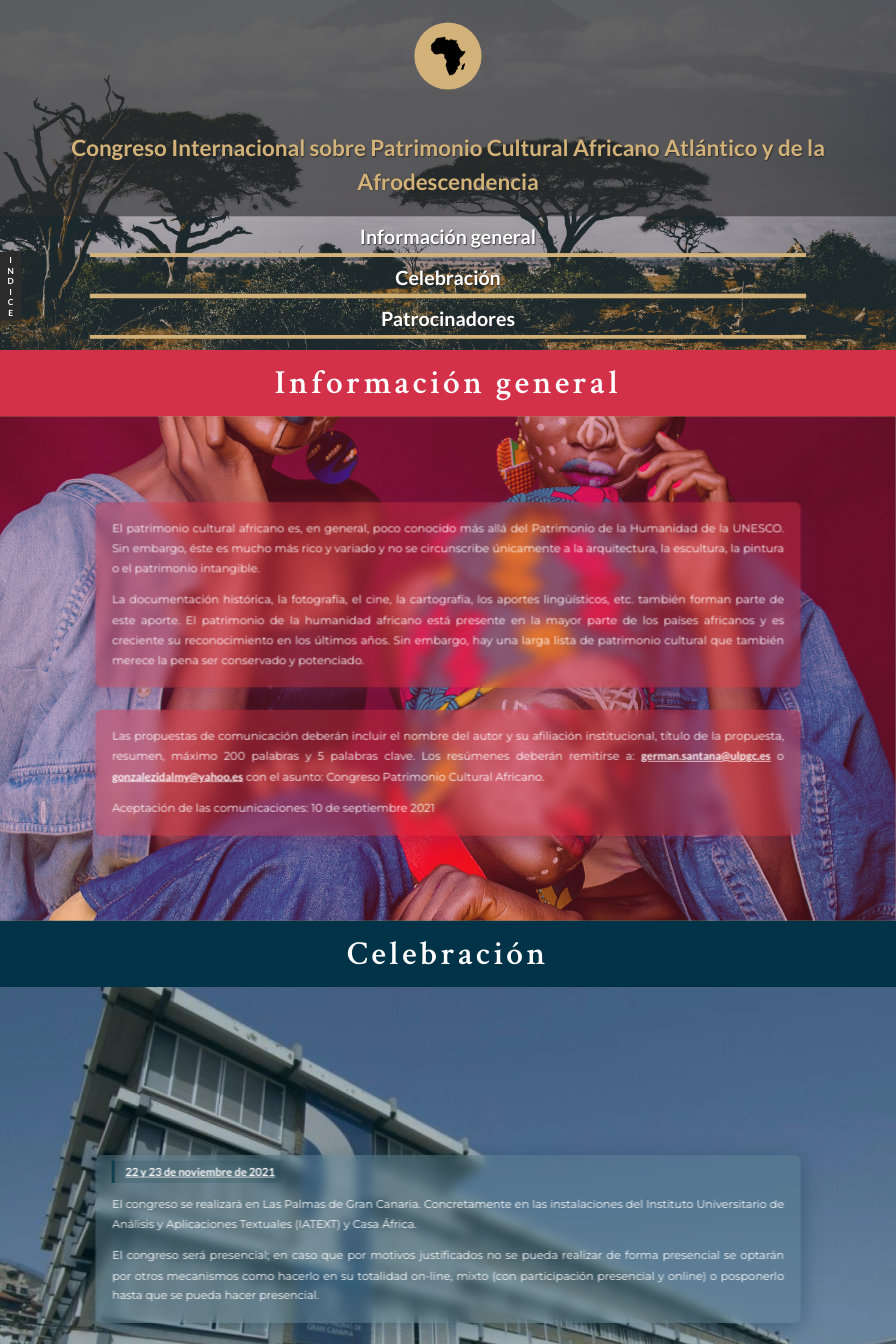
Repository: Letram/congresoafrica
Page: index.html
An editor plug-in stored every save of this project. The page is shown before and after the next save, followed by the edit.
The browser window is 1280 px wide. The pictures show the part of the page from y = 0 to 1920 px (the page is 2945 px tall), at 70% of full size.
Backgrounds fixed to the window are drawn as part of the page. Some web libraries are served in a nearby version. The style sheet was rebuilt from its Sass, Less or Tailwind sources for each picture, by a compiler version that may differ from the author's.

Above is the page before, as saved 2021-04-30 12:59:36.

### index.html
<!DOCTYPE html>
<html lang="en">
  <head>
    <meta charset="UTF-8" />
    <meta name="viewport" content="width=device-width, initial-scale=1.0" />
    <title>
      CONGRESO INTERNACIONAL SOBRE PATRIMONIO CULTURAL AFRICANO ATLÁNTICO Y DE
      LA AFRODESCENDENCIA
    </title>
    <link rel="stylesheet" href="styles/simple-grid.min.css" />
    <link rel="stylesheet" href="styles/styles.css" />
    <link
      rel="shortcut icon"
      href="resources/pictures/favicon.png"
      type="image/x-icon"
    />
  </head>
  <body>
    <header id="header">
      <section class="head">
        <div class="logo">
          <img src="resources\pictures\africa-icon-9.jpg" alt="" />
        </div>
        <h2 class="title">
          Congreso Internacional sobre Patrimonio Cultural Africano Atlántico y
          de la Afrodescendencia
        </h2>
      </section>
      <nav class="navigation">
        <a href="#s1"><p>Información general</p></a>
        <a href="#s2"><p>Celebración</p></a>
        <a href="#s3"><p>Patrocinadores</p></a>
      </nav>
    </header>
    <article>
      <h1 id="s1" class="title t1">Información general</h1>
      <section class="section sec-1">
        <div class="card">
          <div class="content">
            <p>
              El patrimonio cultural africano es, en general, poco conocido más
              allá del Patrimonio de la Humanidad de la UNESCO. Sin embargo,
              éste es mucho más rico y variado y no se circunscribe únicamente a
              la arquitectura, la escultura, la pintura o el patrimonio
              intangible.
            </p>
            <p>
              La documentación histórica, la fotografía, el cine, la
              cartografía, los aportes lingüísticos, etc. también forman parte
              de este aporte. El patrimonio de la humanidad africano está
              presente en la mayor parte de los países africanos y es creciente
              su reconocimiento en los últimos años. Sin embargo, hay una larga
              lista de patrimonio cultural que también merece la pena ser
              conservado y potenciado.
            </p>
          </div>
        </div>
        <div class="card">
          <div class="content">
            <p>
              Las propuestas de comunicación deberán incluir el nombre del autor
              y su afiliación institucional, título de la propuesta, resumen,
              máximo 200 palabras y 5 palabras clave. Los resúmenes deberán
              remitirse a: <span>german.santana@ulpgc.es</span> o
              <span>gonzalezidalmy@yahoo.es</span> con el asunto: Congreso
              Patrimonio Cultural Africano.
            </p>
            <p>Aceptación de las comunicaciones: 10 de septiembre 2021</p>
          </div>
        </div>
      </section>
      <h1 id="s2" class="title t2">Celebración</h1>
      <section class="section sec-2">
        <div class="card">
          <div class="content">
            <span class="fecha">22 y 23 de noviembre de 2021</span>
            <p>
              El congreso se realizará en Las Palmas de Gran Canaria.
              Concretamente en las instalaciones del Instituto Universitario de
              Análisis y Aplicaciones Textuales (IATEXT) y Casa África.
            </p>
            <p>
              El congreso será presencial; en caso que por motivos justificados
              no se pueda realizar de forma presencial se optarán por otros
              mecanismos como hacerlo en su totalidad on-line, mixto (con
              participación presencial y online) o posponerlo hasta que se pueda
              hacer presencial.
            </p>
          </div>
        </div>
      </section>
      <h1 id="s3" class="title t3">Patrocinadores y colaboradores</h1>
      <section class="section sec-3">
        <div class="card">
          <div class="content">
            <div class="foundation">
              <div class="founders">
                <div class="founder founder1">
                  <p>Fundación Caja Canarias</p>
                  <img
                    src="./resources/pictures/fundacion_cajacanarias_logo_round.png"
                    alt="logo fundación Caja Canarias"
                  />
                </div>
                <div class="founder founder2">
                  <p>Fundación La Caixa</p>
                  <img
                    src="./resources/pictures/fundacion_la_caixa_logo_round.png"
                    alt="logo fundación La Caixa"
                  />
                </div>
                <p class="text">
                  A través del proyecto "Localización y puesta en valor del
                  patrimonio africano en Canarias"
                </p>
              </div>
              <div class="founder">
                <p><i>(Colabora)</i> Casa Africa</p>
                <img
                  src="./resources/pictures/casa_africa_logo_round.png"
                  alt="logo Casa África"
                />
              </div>
              <div class="founder">
                <p>IATEXT</p>
                <img
                  src="./resources/pictures/submarcas_iatext_redes_copia-2.png"
                  alt="logo IATEXT"
                />
              </div>
            </div>
          </div>
        </div>
      </section>
    </article>

    <div class="index">
      <p id="indexToggle" onclick="toggleIndexes()" class="title">indice</p>
      <div id="indexes" class="indexes clipped">
        <a onclick="toggleIndexes()" href="#s1"><p>Información general</p></a>
        <a onclick="toggleIndexes()" href="#s2"><p>Celebración</p></a>
        <a onclick="toggleIndexes()" href="#s3"><p>Patrocinadores</p></a>
      </div>
    </div>

    <script
      src="https://cdnjs.cloudflare.com/ajax/libs/gsap/3.6.0/gsap.min.js"
      integrity="sha512-1dalHDkG9EtcOmCnoCjiwQ/HEB5SDNqw8d4G2MKoNwjiwMNeBAkudsBCmSlMnXdsH8Bm0mOd3tl/6nL5y0bMaQ=="
      crossorigin="anonymous"
    ></script>
    <script
      src="https://cdnjs.cloudflare.com/ajax/libs/gsap/3.6.0/EasePack.min.js"
      integrity="sha512-BtkmHcburTSPPhy5MastdmQoE2nLn+jCeZf73RXXd7dk6z6Z7FXIjVeVfBPHpnha0KYKSaNyBZLVvBNejz+5wg=="
      crossorigin="anonymous"
    ></script>
    <script
      src="https://cdnjs.cloudflare.com/ajax/libs/gsap/3.6.0/CSSRulePlugin.min.js"
      integrity="sha512-9F1xsW3TBG87UnyGcF1SrXph249h/eUKPRKJZVhXxW+OeDmCiBvU9/gLfOo5qEvGTjTxOr6YQrY4ImjL90IUyw=="
      crossorigin="anonymous"
    ></script>
    <script src="scripts/scripts.js"></script>
  </body>
</html>

### styles/simple-grid.min.css
@import url(https://fonts.googleapis.com/css?family=Lato:400,300,300italic,400italic,700,700italic);
body,
html {
  height: 100%;
  width: 100%;
  margin: 0;
  padding: 0;
  left: 0;
  top: 0;
  font-size: 100%;
}
.center,
.container {
  margin-left: auto;
  margin-right: auto;
}
* {
  font-family: Lato, Helvetica, sans-serif;
  color: #333447;
  line-height: 1.5;
}
h1 {
  font-size: 2.5rem;
}
h2 {
  font-size: 2rem;
}
h3 {
  font-size: 1.375rem;
}
h4 {
  font-size: 1.125rem;
}
h5 {
  font-size: 1rem;
}
h6 {
  font-size: 0.875rem;
}
p {
  font-size: 1.125rem;
  font-weight: 200;
  line-height: 1.8;
}
.font-light {
  font-weight: 300;
}
.font-regular {
  font-weight: 400;
}
.font-heavy {
  font-weight: 700;
}
.left {
  text-align: left;
}
.right {
  text-align: right;
}
.center {
  text-align: center;
}
.justify {
  text-align: justify;
}
.container {
  width: 90%;
}
.row {
  position: relative;
  width: 100%;
}
.row [class^="col"] {
  float: left;
  margin: 0.5rem 2%;
  min-height: 0.125rem;
}
.col-1,
.col-10,
.col-11,
.col-12,
.col-2,
.col-3,
.col-4,
.col-5,
.col-6,
.col-7,
.col-8,
.col-9 {
  width: 96%;
}
.col-1-sm {
  width: 4.33%;
}
.col-2-sm {
  width: 12.66%;
}
.col-3-sm {
  width: 21%;
}
.col-4-sm {
  width: 29.33%;
}
.col-5-sm {
  width: 37.66%;
}
.col-6-sm {
  width: 46%;
}
.col-7-sm {
  width: 54.33%;
}
.col-8-sm {
  width: 62.66%;
}
.col-9-sm {
  width: 71%;
}
.col-10-sm {
  width: 79.33%;
}
.col-11-sm {
  width: 87.66%;
}
.col-12-sm {
  width: 96%;
}
.row::after {
  content: "";
  display: table;
  clear: both;
}
.hidden-sm {
  display: none;
}
@media only screen and (min-width: 33.75em) {
  .container {
    width: 80%;
  }
}
@media only screen and (min-width: 45em) {
  .col-1 {
    width: 4.33%;
  }
  .col-2 {
    width: 12.66%;
  }
  .col-3 {
    width: 21%;
  }
  .col-4 {
    width: 29.33%;
  }
  .col-5 {
    width: 37.66%;
  }
  .col-6 {
    width: 46%;
  }
  .col-7 {
    width: 54.33%;
  }
  .col-8 {
    width: 62.66%;
  }
  .col-9 {
    width: 71%;
  }
  .col-10 {
    width: 79.33%;
  }
  .col-11 {
    width: 87.66%;
  }
  .col-12 {
    width: 96%;
  }
  .hidden-sm {
    display: block;
  }
}
@media only screen and (min-width: 60em) {
  .container {
    width: 75%;
    max-width: 60rem;
  }
}

### scripts/scripts.js
function toggleIndexes() {
  indexes = document.getElementById("indexes");
  indexes.classList.toggle("clipped");
}

### styles/styles.scss
$brown: rgb(210, 178, 120);
$orange: rgb(213, 108, 51);
$blue: #003348;
$blue-light: #5a8192;
$green: rgb(119, 146, 95);
$purple: rgb(119, 38, 94);
$pink: rgb(211, 49, 73);
$light: #b5d9bd;
$black: rgb(43, 43, 43);

@import url("https://fonts.googleapis.com/css2?family=Crimson+Text:wght@600");
@import url("https://fonts.googleapis.com/css2?family=Montserrat:wght@400;500");
* {
  all: default;
}
html {
  scroll-behavior: smooth;
}
body {
  background: #d2b278;
}

/* The sticky class is added to the navbar with JS when it reaches its scroll position */
.sticky {
  position: sticky;
  top: 0;
  z-index: 99;
}

header {
  background: url("../resources/pictures/pexels-oleg-magni-861339.jpg")
    rgba(43, 43, 43, 0.3);
  background-blend-mode: color;
  background-position: 0% 50%;
  background-size: cover;
  background-repeat: no-repeat;
  .head {
    display: flex;
    justify-content: center;
    align-items: center;
    .logo {
      position: relative;
      background-color: $brown;
      border-radius: 50%;
      display: flex;
      justify-content: center;
      align-items: center;
      width: 6rem;
      height: 6rem;
      margin: 2rem;
      img {
        width: 10rem;
        height: auto;
        object-fit: contain;
      }
    }
    .title {
      position: relative;
      color: $brown;
      text-shadow: 1px 1px 2px $black;
    }
    position: relative;
    &:before {
      content: "";
      position: absolute;
      top: 0;
      bottom: 0;
      left: 0;
      right: 0;
      background-color: rgba($color: $black, $alpha: 0.6);
    }
  }
  .navigation {
    display: flex;
    justify-content: space-between;
    align-items: center;
    width: 70%;
    margin: auto;
    padding-bottom: 1rem;
    a {
      position: relative;
      text-decoration: none;
      color: $brown;
      font-size: 2rem;
      overflow: hidden;
      &::before {
        content: "";
        width: 100%;
        height: 100%;
        position: absolute;
        bottom: 0;
        left: 0;
        right: 0;
        background: linear-gradient(
          $brown 12%,
          rgba($color: $brown, $alpha: 0.3) 12%
        );
        transform: translateY(90%);
        transition: all ease-in 0.15s;
      }
      &:hover {
        &::before {
          transform: translateY(0);
        }
      }
      p {
        margin: 0;
        padding: 0.25rem 4rem;
        text-decoration: none;
        color: white;
        font-size: 1.75rem;
        font-weight: bold;
        position: relative;
        transition: all ease-in 0.15s;
        text-shadow: 1px 1px 2px $black;
      }
    }
  }
}

article {
  display: flex;
  flex-direction: column;
  h1.title {
    width: 100%;
    margin: auto;
    padding: 2rem 0;
    text-align: center;
    background-color: $orange;
    color: white;
    font-family: "Crimson Text", serif;
    font-size: 3rem;
    line-height: normal;
    letter-spacing: 0.3rem;
    &.t1 {
      background-color: $pink;
    }
    &.t2 {
      background-color: $blue;
    }
    &.t3 {
      background-color: $brown;
    }
  }
}

.section {
  width: 100%;
  min-height: 100vh;
  background-attachment: fixed;
  background-position: center;
  background-repeat: no-repeat;
  position: relative;
  // display: flex;
  // justify-content: center;
  // align-items: center;
  display: grid;
  place-content: center;
  &.sec-1 {
    background-image: url("../resources/pictures/pexels-bestbe-models-2170387.jpg");
    background-size: cover;
    &::before {
      content: "";
      position: absolute;
      top: 0;
      bottom: 0;
      left: 0;
      right: 0;
      background: rgba($color: $pink, $alpha: 0.3);
      background-size: cover;
    }
    .card {
      background-color: rgba($color: $pink, $alpha: 0.45);
      box-shadow: 0 8px 32px 0 rgba($color: $purple, $alpha: 0.4);
      margin: 3rem 0;
      .content {
        color: white;
      }
    }
  }
  &.sec-2 {
    background-image: url("../resources/pictures/1568293830_982907_1568294091_noticia_normal_recorte1.jpg");
    background-size: cover;
    &::before {
      content: "";
      position: absolute;
      top: 0;
      bottom: 0;
      left: 0;
      right: 0;
      background: rgba($color: $blue, $alpha: 0.3);
      background-size: cover;
    }
    .card {
      background-color: rgba($color: $blue-light, $alpha: 0.45);
      box-shadow: 0 8px 32px 0 rgba($color: $blue, $alpha: 0.4);
      .content {
        color: white;
        .fecha {
          display: flex;
          align-items: center;
          width: fit-content;
          height: 2rem;
          color: white;
          background-color: rgba($color: #003348, $alpha: 0.15);
          padding: 0 0.5rem 0 0;
          &::before {
            content: "";
            height: inherit;
            border-right: 3px solid #003348;
            margin-right: 1rem;
          }
        }
      }
    }
  }
  &.sec-3 {
    background-image: url("../resources/pictures/pexels-cottonbro-6334763.jpg");
    background-size: cover;
    &::before {
      content: "";
      position: absolute;
      top: 0;
      bottom: 0;
      left: 0;
      right: 0;
      background: rgba($color: $orange, $alpha: 0.3);
      background-size: cover;
    }
    .card {
      background-color: rgba($color: $brown, $alpha: 0.45);
      box-shadow: 0 8px 32px 0 rgba($color: $orange, $alpha: 0.4);
      .content {
        color: white;
        .foundation {
          display: grid;
          grid-template-columns: 2fr 1fr 1fr;
          gap: 1rem;
          .founders {
            display: grid;
            gap: 1rem;
            grid-template-areas:
              "founder1 founder2"
              "text         text";

            .founder1 {
              grid-area: founder1;
            }
            .founder2 {
              grid-area: founder2;
            }
            .text {
              grid-area: text;
              font-size: 1rem;
              text-align: center;
              position: relative;
              &::before{
                content: "";
                position: absolute;
                top: -5%;
                width: 100%;
                border-top: 3px solid #d2b278;
              }
            }
            .founder1,
            .founder2 {
              p {
                text-align: center;
                font-size: 1rem;
              }
              img {
                display: block;
                object-fit: contain;
                width: 70%;
                height: auto;
                margin: 0 auto;
              }
            }
          }
          .founder {
            p {
              text-align: center;
              font-size: 1rem;
            }
            img {
              display: block;
              object-fit: contain;
              width: 70%;
              height: auto;
              margin: 0 auto;
              border-radius: 50%;
              background-color: white;
            }
          }
        }
      }
    }
  }
  .card {
    width: 60%;
    padding: 3rem 5rem;
    margin: 0 auto;
    background-color: rgba($color: white, $alpha: 0.4);
    background-clip: padding-box;
    backdrop-filter: blur(8px);
    border-radius: 10px;
    box-shadow: 0 8px 32px 0 rgba(31, 38, 135, 0.37);
    position: relative;
    .title {
      font-size: 3rem;
      position: relative;
      &:after {
        content: "";
        width: 100%;
        height: 0.35rem;
        background: $black;
        position: absolute;
        bottom: 0;
        left: 0;
      }
    }
    .content {
      p {
        font-size: 1.75rem;
        color: white;
        text-align: justify;
        font-family: "Montserrat", sans-serif;
        font-weight: 400;
      }
      span{
        color:white;
        font-weight: bold;
        text-decoration: underline;
      }
    }
  }
}
.index {
  position: fixed;
  top: 50%;
  left: 0;
  padding: 0;
  margin: 0;
  background: transparent;
  display: flex;
  //clip-path: circle(100% at 0 50%);
  //transition: clip-path ease-in 0.5s;
  .title {
    margin: 0;
    padding: 1rem;
    color: white;
    background: $black;
    text-transform: uppercase;
    writing-mode: vertical-rl;
    text-orientation: upright;
    cursor: pointer;
  }
  .indexes {
    border-left: 1px solid white;
    display: flex;
    flex-direction: column;
    justify-content: space-around;
    clip-path: circle(150% at 0 50%);
    background: $black;
    transition: all 0.5s ease-in-out;
    padding-left: 0.25rem;
    a {
      text-decoration: none;
      p {
        color: white;
        padding-right: 0.5rem;
        margin: 0;
        position: relative;
        overflow: hidden;
        &:after {
          content: "";
          width: 100%;
          height: 2px;
          background: white;
          position: absolute;
          bottom: 0;
          left: 0;
          transform: translateX(-100%);
          transition: all 0.25s ease-in;
        }
        &:hover {
          &:after {
            transform: translateX(0);
          }
        }
      }
    }
  }
}

.clipped {
  clip-path: circle(0% at 0 50%) !important;
}

@media (max-width: 1396px) {
  header {
    .head {
      flex-direction: column;
      .title {
        padding: 0 0.25rem !important;
        text-align: center;
      }
    }
    background-position: 0%;
    .navigation {
      width: 80%;
      flex-direction: column;
      a {
        width: 100%;
        p {
          text-align: center;
          padding: 0.25rem 0.25rem;
        }
      }
    }
  }
  article {
    .title {
      font-size: 1.5rem;
      padding: 1rem 0 !important;
    }
  }
  .section {
    .card {
      margin: 1rem auto !important;
      padding: 0.5rem 1.5rem !important;
      width: 75% !important;
      .content {
        p {
          font-size: 1rem !important;
          color: white;
        }
      }
    }
  }
  .index {
    .title {
      padding: 0.25rem;
      font-size: 0.75rem;
      font-weight: bold;
    }
    .indexes {
    }
  }
}

After the next save:
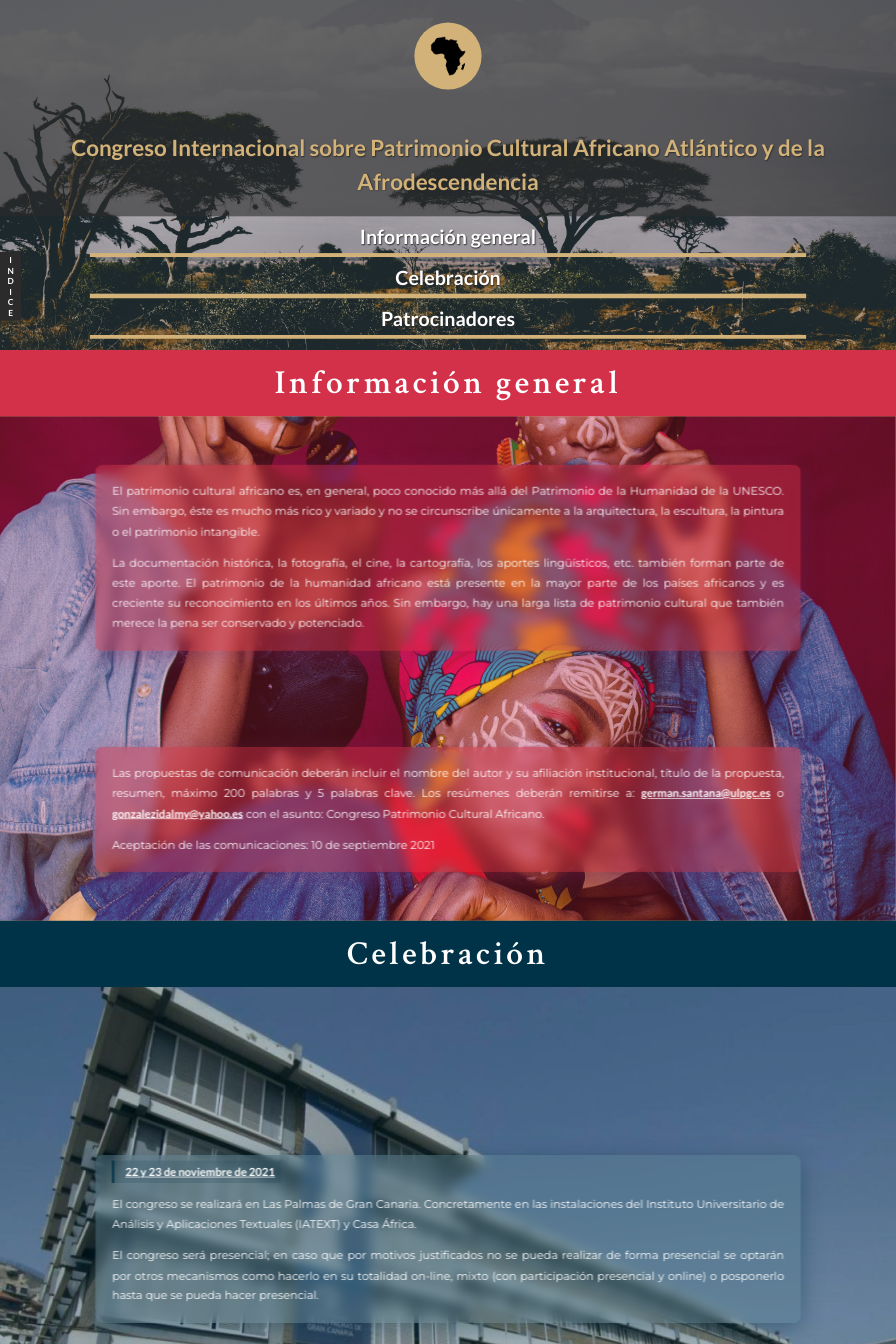
Saved 8 s later.
--- a/styles/styles.scss
+++ b/styles/styles.scss
@@ -155,7 +155,7 @@ article {
   // justify-content: center;
   // align-items: center;
   display: grid;
-  place-content: center;
+  place-items: center;
   &.sec-1 {
     background-image: url("../resources/pictures/pexels-bestbe-models-2170387.jpg");
     background-size: cover;
